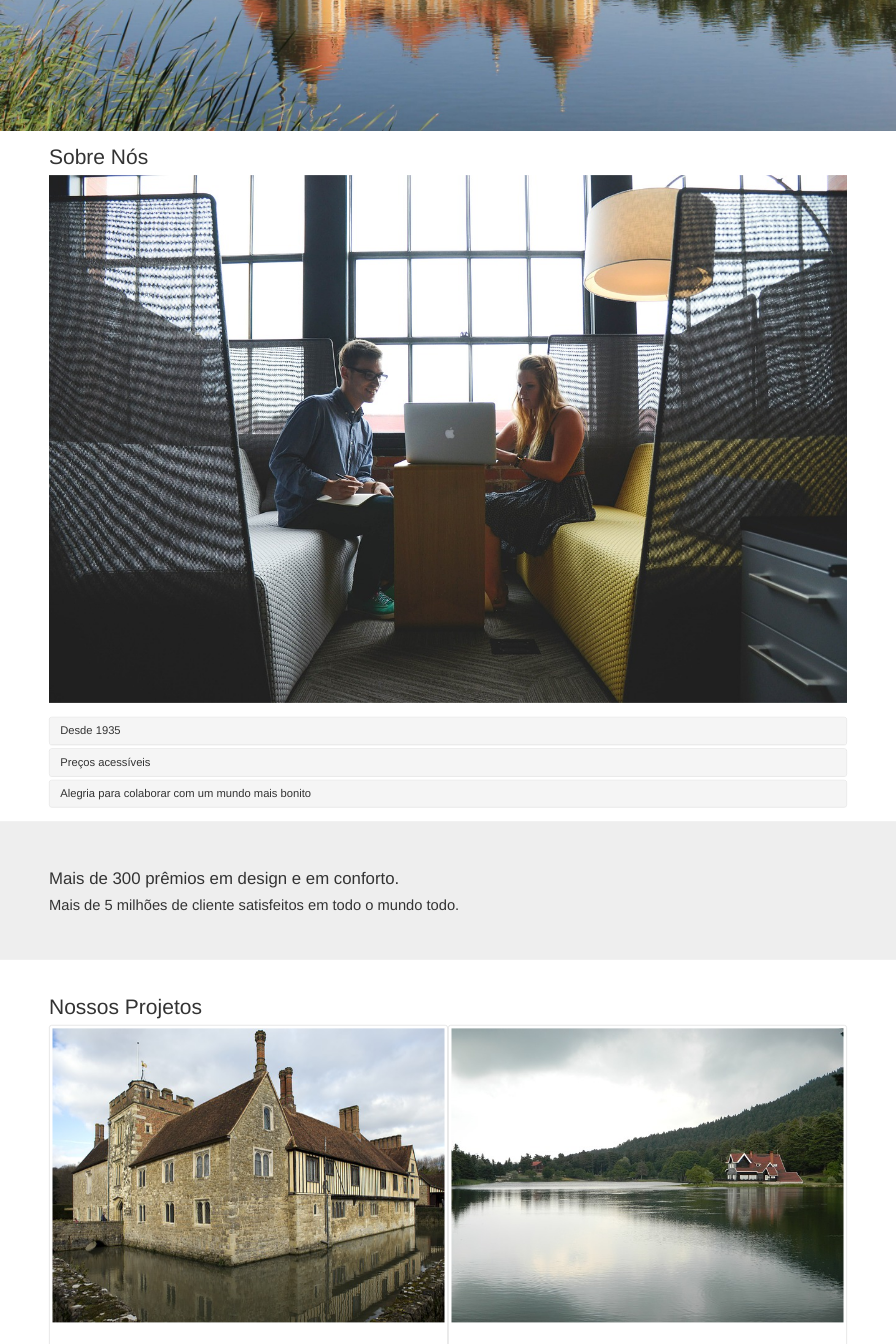
Repository: daviemer/bootstrap-alura
Page: index2.html
The author's editor kept a copy of each file at every save. The page is drawn from the files as they stood at one save, then again after the next save.
The browser window is 1280 px wide. The pictures show the part of the page from y = 533 to 2453 px (the page is 5691 px tall before and 5145 px after), at 70% of full size.

Above is the page before, as saved 2022-07-15 20:12:31.

### index2.html
<!DOCTYPE html>
<html lang="pt-br">

<head>
  <meta charset="UTF-8" />
  <meta http-equiv="X-UA-Compatible" content="IE=edge" />
  <meta name="viewport" content="width=device-width, initial-scale=1.0" />
  <title>Document</title>
  <link rel="stylesheet" href="bootstrap/css/bootstrap.min.css" type="text/css" />
  <link rel="stylesheet" href="style.css" />
</head>

<body>
  <header>
    <nav class="navbar navbar-default">
      <div class="container">
        <div class="navbar-header">
          <button type="button" class="navbar-toggle collapsed" data-toggle="collapse" data-target="#collapse-navbar"
            aria-expanded="false">
            <span class="sr-only">Toggle navigation</span>
            <span class="icon-bar"></span>
            <span class="icon-bar"></span>
            <span class="icon-bar"></span>
            <span class="icon-bar"></span>
          </button>
          <a class="navbar-brand" href="#">TopCasaFina Arquitetura</a>
        </div>
        <div id="collapse-navbar" class="collapse navbar-collapse">
          <ul class="nav navbar-nav">
            <li><a href="#sobre-nos">Sobre Nós</a></li>
            <li><a href="#nossos-projetos">Nossos Projetos</a></li>
            <li><a href="#depoimentos">Depoimentos</a></li>
            <li><a href="#video">Video</a></li>
            <li><a href="#contato">Contato</a></li>
          </ul>
        </div>
      </div>
    </nav>

    <div class="topcasafina-banner">
      <h1>TopCasaFina Arquitetura</h1>
      <p>Projetando a casa dos sonhos desde 2000 A.C</p>
      <button class="btn btn-primary btn-lg">Contate-nos agora</button>
    </div>
  </header>


  <section id="sobre-nos" class="container">
    <h2>Sobre Nós</h2>
    <img class="img-responsive" src="assets/img/empresa.jpg" alt="" />

    <div class="panel-group" id="paineis-sobre">
      <div class="panel panel-default">
        <div class="panel-heading">
          <h3 class="panel-title" data-toggle="collapse" data-target="#primeiro-paragrafo" data-parent="#paineis-sobre">
            Desde 1935
          </h3>
        </div>
        <div id="primeiro-paragrafo" class="collapse">
          <div class="panel-body">
            <p>
              Desde 1935 trazendo casas, mansões e prédios lindos para o
              mundo.
            </p>
          </div>
        </div>
      </div>
      <div class="panel panel-default">
        <div class="panel-heading">
          <h3 class="panel-title" data-toggle="collapse" data-target="#segundo-paragrafo" data-parent="#paineis-sobre">
            Preços acessíveis
          </h3>
        </div>
        <div id="segundo-paragrafo" class="collapse">
          <div class="panel-body">
            <p>Preços a partir de R$ 1000,00.</p>
          </div>
        </div>
      </div>
      <div class="panel panel-default">
        <div class="panel-heading">
          <h3 class="panel-title" data-toggle="collapse" data-target="#terceiro-paragrafo" data-parent="#paineis-sobre">
            Alegria para colaborar com um mundo mais bonito
          </h3>
        </div>
        <div id="terceiro-paragrafo" class="collapse">
          <div class="panel-body">
            <p>
              Trazendo alegria para a vida das pessoas que tem dinheiro para
              gastar.
            </p>
          </div>
        </div>
      </div>
    </div>
  </section>

  <div class="jumbotron">
    <div class="container">
      <h3>Mais de 300 prêmios em design e em conforto.</h3>
      <p>Mais de 5 milhões de cliente satisfeitos em todo o mundo todo.</p>
    </div>
  </div>

  <section id="nossos-projetos" class="container">
    <h2>Nossos Projetos</h2>

    <figure class="thumbnail projetos-responsivos">
      <img src="assets/img/projetos/casa-castelo.png" alt="Foto da Casa Castelo" />
      <figcaption class="caption">
        <h3>Casa Castelo</h3>
        <p>
          A Casa Castelo é o último lançamento da TopCasaFina feita para um
          monge.
        </p>
      </figcaption>
    </figure>
    <figure class="thumbnail projetos-responsivos">
      <img src="assets/img/projetos/casa-lago.png" alt="Foto da Casa Castelo" />
      <figcaption class="caption">
        <h3>Casa Castelo</h3>
        <p>
          A Casa Castelo é o último lançamento da TopCasaFina feita para um
          monge.
        </p>
      </figcaption>
    </figure>
    <figure class="thumbnail projetos-responsivos">
      <img src="assets/img/projetos/mercado-marapira.png" alt="Foto da Casa Castelo" />
      <figcaption class="caption">
        <h3>Casa Castelo</h3>
        <p>
          A Casa Castelo é o último lançamento da TopCasaFina feita para um
          monge.
        </p>
      </figcaption>
    </figure>
    <figure class="thumbnail projetos-responsivos">
      <img src="assets/img/projetos/palacio-dionisio.png" alt="Foto da Casa Castelo" />
      <figcaption class="caption">
        <h3>Casa Castelo</h3>
        <p>
          A Casa Castelo é o último lançamento da TopCasaFina feita para um
          monge.
        </p>
      </figcaption>
    </figure>
    <figure class="thumbnail projetos-responsivos">
      <img src="assets/img/projetos/residencia-ludi.png" alt="Foto da Casa Castelo" />
      <figcaption class="caption">
        <h3>Casa Castelo</h3>
        <p>
          A Casa Castelo é o último lançamento da TopCasaFina feita para um
          monge.
        </p>
      </figcaption>
    </figure>
  </section>

  <section id="depoimentos">
    <h2 class="container titulo-depoimentos">Depoimentos de Clientes</h2>

    <div id="carousel-example-generic" class="carousel slide" data-ride="carousel">
      <!-- Indicators -->
      <ol class="carousel-indicators">
        <li data-target="#carousel-example-generic" data-slide-to="0" class="active"></li>
        <li data-target="#carousel-example-generic" data-slide-to="1"></li>
        <li data-target="#carousel-example-generic" data-slide-to="2"></li>
      </ol>

      <!-- Wrapper for slides -->
      <div class="carousel-inner" role="listbox">
        <div class="item active">
          <img src="assets/img/depoimentos/depoimento1.png" alt="Depoimento 1" />
          <div class="carousel-caption">
            <h3>Yuri Padilha</h3>
            <p>Gostei muito.</p>
          </div>
        </div>
        <div class="item">
          <img src="assets/img/depoimentos/depoimento2.png" alt="Depoimento 2" />
          <div class="carousel-caption">
            <h3>Fernando Stefaneni</h3>
            <p>Excelente trabalho</p>
          </div>
        </div>
        <div class="item">
          <img src="assets/img/depoimentos/depoimento3.png" alt="Depoimento 3" />
          <div class="carousel-caption">
            <h3>Caio Sauzas</h3>
            <p>Gostei, competência em primeiro lugar.</p>
          </div>
        </div>
      </div>

      <!-- Controls -->
      <a class="left carousel-control" href="#carousel-example-generic" role="button" data-slide="prev">
        <span class="glyphicon glyphicon-chevron-left" aria-hidden="true"></span>
        <span class="sr-only">Previous</span>
      </a>
      <a class="right carousel-control" href="#carousel-example-generic" role="button" data-slide="next">
        <span class="glyphicon glyphicon-chevron-right" aria-hidden="true"></span>
        <span class="sr-only">Next</span>
      </a>
    </div>
  </section>

  <section id="video" class="container">
    <h2>Vídeo Institucional</h2>
    <div class="embed-responsive embed-responsive-16by9">
      <iframe width="560" height="315" src="https://www.youtube.com/embed/i_3Pv1AygeI" frameborder="0"
        allowfullscreen></iframe>
    </div>
  </section>
  <section id="contato" class="container">
    <form>
      <h2>Contato</h2>
      <p>Entre em contato conosco</p>
      <div class="form-group">
        <label for="contato-name">Nome:</label>
        <input class="form-control" id="contato-name" type="text" placeholder="Seu Nome">
      </div>
      <div class="form-group">
        <label for="contato-email">Email:</label>
        <div class="input-group">
          <div class="input-group-addon">@</div>
          <input class="form-control" id="contato-email" type="email" placeholder="Seu e-mail">
        </div>
      </div>
      <div class="grupo-radio">
        <div class="radio">
          <label><input type="radio" name="tipo-pessoa" checked>Pessoa Física</label>
        </div>
        <div class="radio">
          <label><input type="radio" name="tipo-pessoa">Pessoa Juridica</label>
        </div>
      </div><select name="" id="" class="contato-select form-control">
        <option disabled selected>Tipo de Situação</option>
        <option value="">Casa</option>
        <option value="">Apartamento</option>
        <option value="">Mansão</option>


      </select>
      <button class="btn btn-primary" type="submit">Enviar</button>
    </form>
  </section>


  <footer>
    <address>
      <strong>TopCasaFina Arquitetura</strong><br>
      Rua Vergueiro, 3185, Vila Mariana<br>
      São Paulo, SP<br>
      Tel: (11) 5571-2751 ou 5083-3884<br>
    </address>
    <address>
      Email: contato.topcasafina@alura.com.br
    </address>
  </footer>






  <script src="jquery.js"></script>
  <script src="bootstrap/js/bootstrap.min.js"></script>
  <script src="navbar-animation-fix.js"></script>
</body>

</html>

### style.css
#paineis-sobre{
  margin-top: 20px;
}

html,body {
  height: 100%;
}

header {
  background-image: url(assets/img/castelo.jpg);
  background-size: cover;
  position: relative;
  background-position:top center;
  height: 100%;
}

header h1 {
  margin-top: 0;
  margin-bottom: 0;
}

.topcasafina-banner {
  color: #fff;
  background-color: rgba(0, 0, 0, 0.5);
  padding: 1.5em;
  width: 80%;
  max-width: 320px;
  border-radius: 10px;
  position: absolute;
  top: 50%;
  left: 50%;
  transform: translate(-50%, -50%);
  transition: 0.4s;
}

.titulo-depoimentos {
  background-color: #0275d8;
  padding-top: 25px;
  padding-bottom: 25px;
  color: #fff;
  font-weight: bold;
  font-size: 25px;
}

.grupo-radio,.contato-select {
  width: 50%;
  display: inline-block;
  vertical-align: top;
}

.contato-select {
  float: right;
}

.grupo-radio .radio:first-child {
  margin-top: 0;
}

footer {
  background-color: #333;
  color: #fff;
  padding: 20px;
  margin-top: 10px;
}

footer address:last-child {
  margin-bottom: 0;
}

@media(min-width:768px){
  .projetos-responsivos {
    width: 50%;
    float:left;
  }


}

### navbar-animation-fix.js
$('#collapse-navbar').on('show.bs.collapse', function(){
  $('.topcasafina-banner').css('transform', 'translate(-50%, 10%)')
});
$('#collapse-navbar').on('hide.bs.collapse', function(){
  $('.topcasafina-banner').css('transform', 'translate(-50%, -50%)')
});

Loaded but not shown: bootstrap/css/bootstrap.min.css (library); jquery.js (library); bootstrap/js/bootstrap.min.js (library)

After the next save:
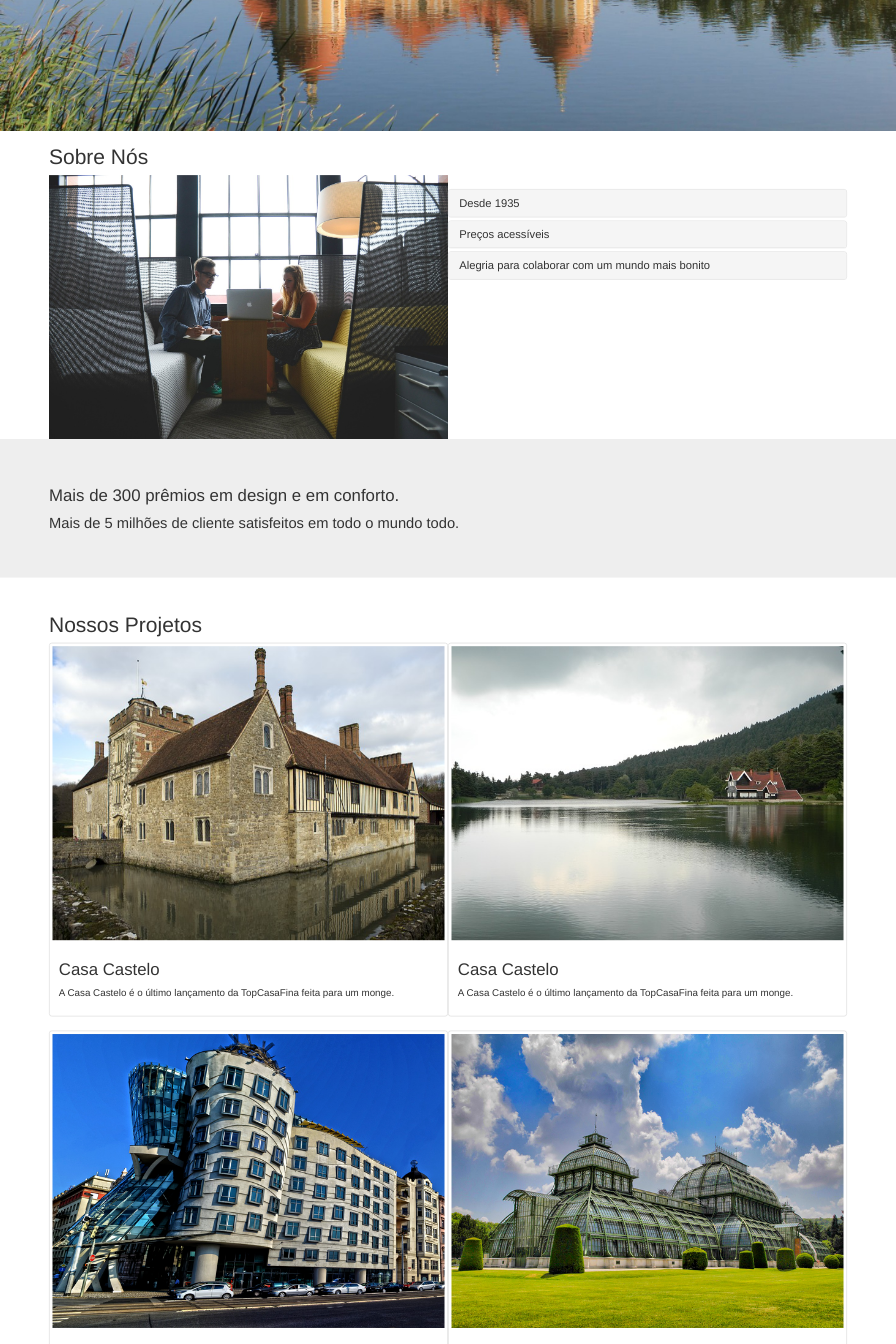
Saved 14 min 39 s later.
--- a/index2.html
+++ b/index2.html
@@ -47,9 +47,9 @@
 
   <section id="sobre-nos" class="container">
     <h2>Sobre Nós</h2>
-    <img class="img-responsive" src="assets/img/empresa.jpg" alt="" />
-
-    <div class="panel-group" id="paineis-sobre">
+    <img class="img-responsive projetos-responsivos" src="assets/img/empresa.jpg" alt="" />
+
+    <div class="panel-group projetos-responsivos" id="paineis-sobre">
       <div class="panel panel-default">
         <div class="panel-heading">
           <h3 class="panel-title" data-toggle="collapse" data-target="#primeiro-paragrafo" data-parent="#paineis-sobre">
